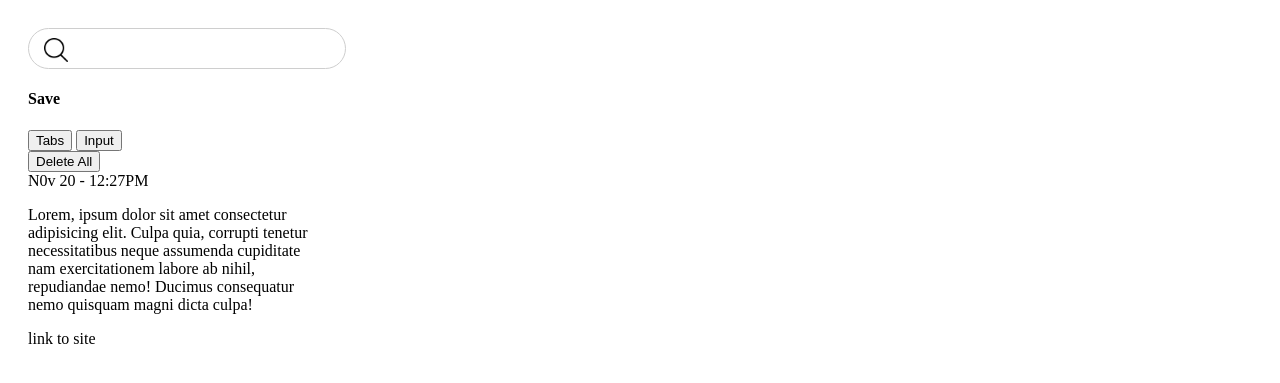
Repository: IdowuMicheal-1/Text-Tab-Organizer
Page: popup.html
The author's editor kept a copy of each file at every save. The page is drawn from the files as they stood at one save, then again after the next save.
The browser window is 1280 px wide. The pictures show the whole page.

Above is the page before, as saved 2025-05-14 10:12:16.

### popup.html
<!DOCTYPE html>
<html lang="en">
  <head>
    <meta charset="UTF-8" />
    <meta name="viewport" content="width=device-width, initial-scale=1.0" />
    <link rel="stylesheet" href="./popup.css" />
    <title>Tabs</title>
  </head>
  <body>
    <div>
        <div class="input-div">
      <input type="text" class="text-ipt"/>
      <img src="./assets/search.png" class="search-icon"/>
      </div>
      <div>
        <div>
          <h4>Save</h4>
          <button>Tabs</button>
          <button>Input</button>
        </div>
        <button>Delete All</button>
      </div>
      <div>
        <div>N0v 20 - 12:27PM</div>

        <p>
          Lorem, ipsum dolor sit amet consectetur adipisicing elit. Culpa quia,
          corrupti tenetur necessitatibus neque assumenda cupiditate nam
          exercitationem labore ab nihil, repudiandae nemo! Ducimus consequatur
          nemo quisquam magni dicta culpa!
        </p>
        <p>link to site</p>
      </div>
    </div>
    <script src="./popup.js"></script>
  </body>
</html>

### popup.css
body {
  width: 300px;
  padding: 20px;
  height: 100px;
  min-height: 100px;
}

.input-div {
  position: relative;
}

.search-icon {
  position: absolute;
  top: 10px;
  left: 16px;
  width: 24px;
  height: 24px;
  color: #cecece;
}

.text-ipt {
  width: 100%;
  border-radius: 24px;
  padding: 12px 8px;
  border: 1px solid #cecece;
}

Loaded but not shown: popup.js (no copy from this time; the picture is the same without it)

After the next save:
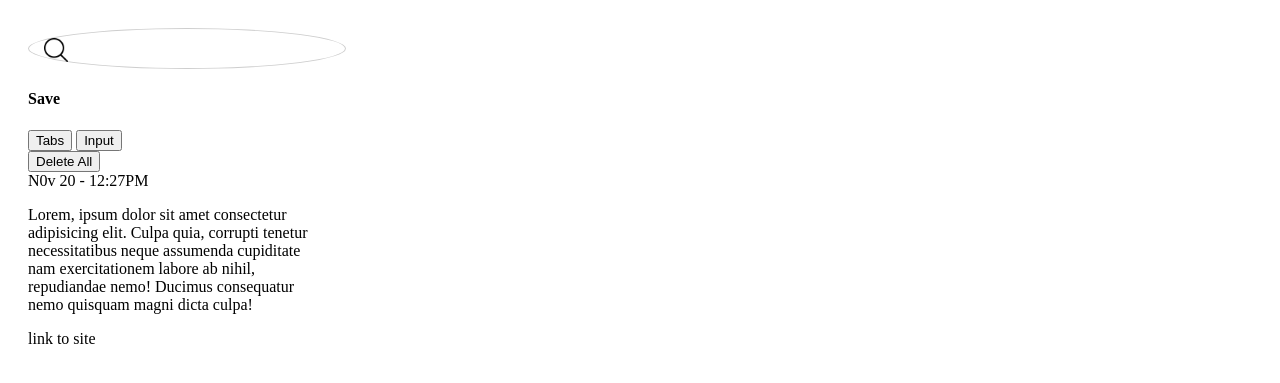
Saved 7 s later.
--- a/popup.css
+++ b/popup.css
@@ -20,7 +20,7 @@
 
 .text-ipt {
   width: 100%;
-  border-radius: 24px;
+  border-radius: 100%;
   padding: 12px 8px;
   border: 1px solid #cecece;
 }

After the 2 saves that followed:
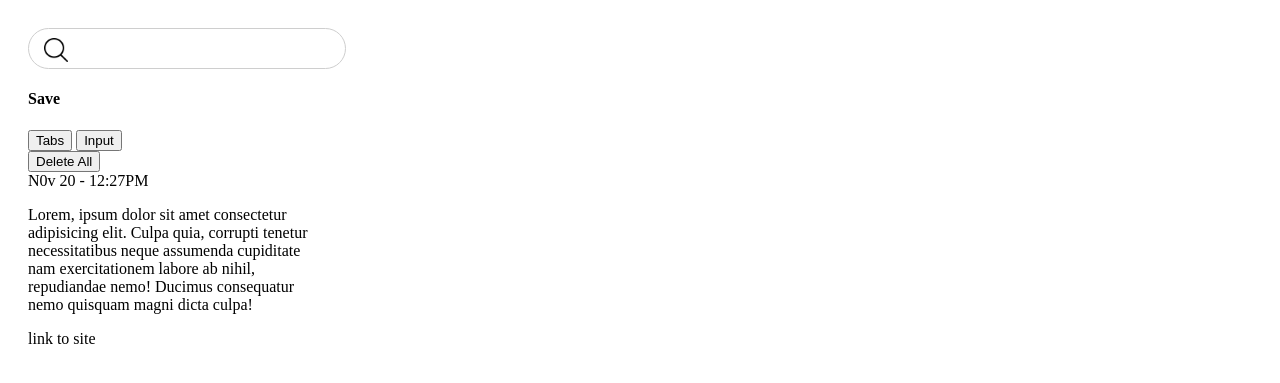
The 2 saves are shown as one change because they came seconds apart.
The last was saved 20 s later.
--- a/popup.css
+++ b/popup.css
@@ -20,7 +20,7 @@
 
 .text-ipt {
   width: 100%;
-  border-radius: 100%;
+  border-radius: 24px;
   padding: 12px 8px;
   border: 1px solid #cecece;
 }
